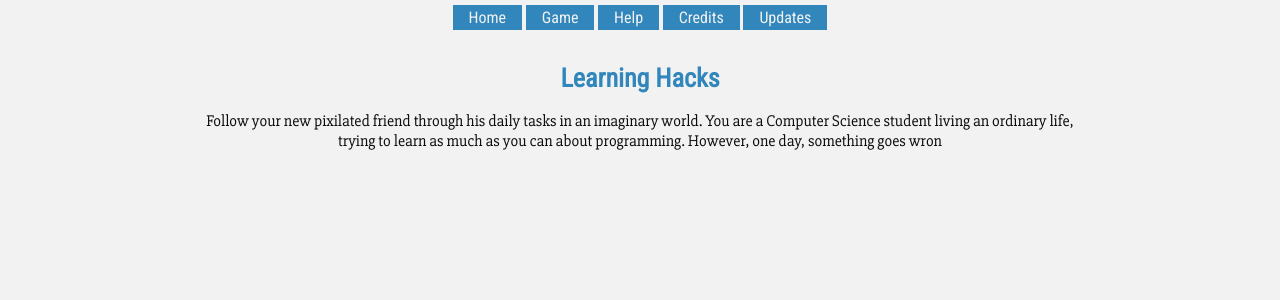
Repository: AmrEl-Azizi/Learning-Hacks-Website
Page: root/game.html
The author's editor kept a record of every edit. The page is drawn from the files as they stood at one moment, then again after the next edit.
The browser window is 1280 px wide. The pictures show the whole page.

Above is the page before.

After the next edit:
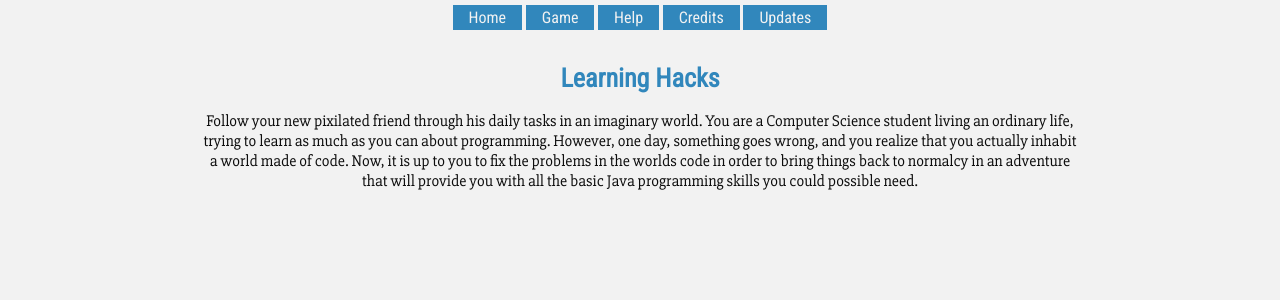
The edit:
--- a/root/game.html
+++ b/root/game.html
@@ -20,7 +20,9 @@
         <h1 class="title"><stronger>Learning Hacks</stronger></h1>
         <p>Follow your new pixilated friend through his daily tasks in an imaginary world.
         You are a Computer Science student living an ordinary life, trying to learn as much as you can about programming.
-        However, one day, something goes wron</p>
+        However, one day, something goes wrong, and you realize that you actually inhabit a world made of code.
+        Now, it is up to you to fix the problems in the worlds code in order to bring things back to normalcy
+        in an adventure that will provide you with all the basic Java programming skills you could possible need.</p>
 
     </body>
 
